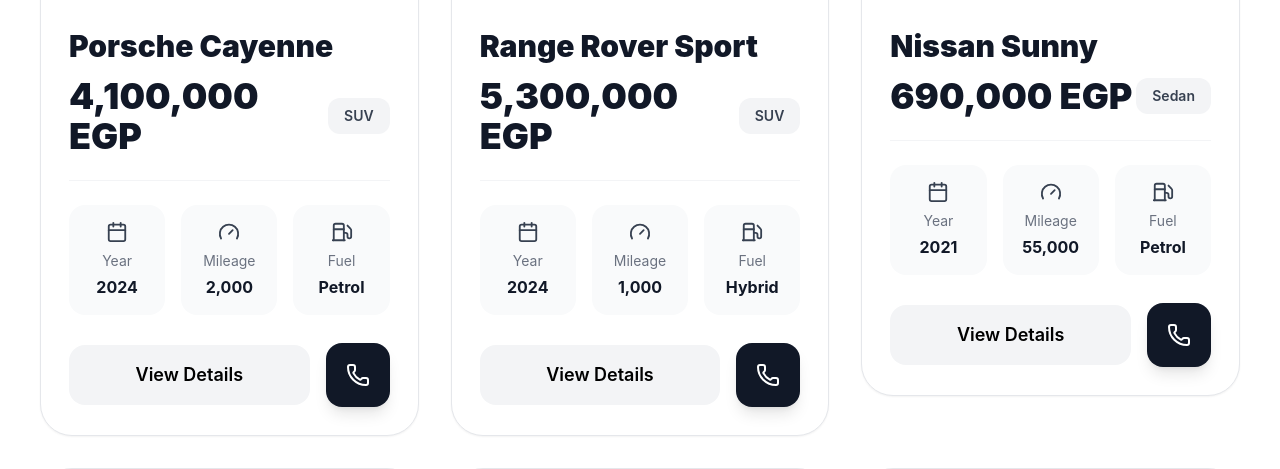
Repository: Hazem-Amr/Car-Price-Prediction
Page: / (app in frontend/)
The author's editor kept a copy of each file at every save. The page is drawn from the files as they stood at one save, then again after the next save.
The browser window is 1280 px wide. The pictures show the part of the page from y = 3376 to 3845 px (the page is 7592 px tall).
Pictures or frames that could not be fetched are drawn as grey boxes. The project was rebuilt for these pictures with package versions that can differ from the ones it lists, and the page was loaded fresh each time. Also part of the build but not shown: frontend/vite.config.js, frontend/src/components/PricePredictorSection.jsx, frontend/src/data/userListings.js, frontend/src/components/CarsFilter.jsx, frontend/src/pages/Cars.jsx, frontend/src/pages/CarDetails.jsx, frontend/src/pages/Brands.jsx, frontend/src/pages/About.jsx and 5 more.

Above is the page before, as saved 2026-05-27 23:31:38.

After the next save:
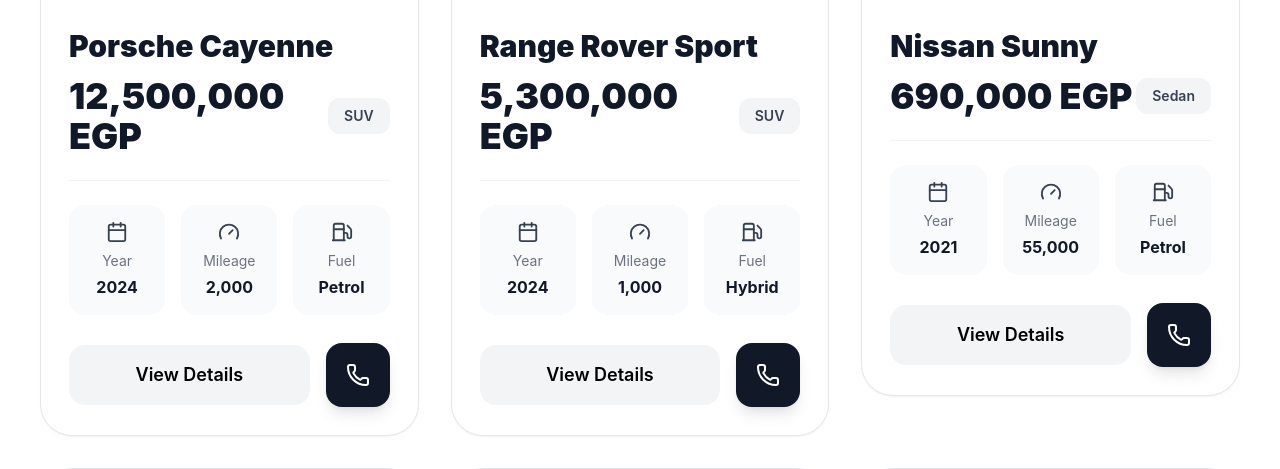
Saved 38 s later.
--- a/frontend/src/data/cars.js
+++ b/frontend/src/data/cars.js
@@ -97,7 +97,7 @@
   {
     id: 7,
     name: "Porsche Cayenne",
-    price: "4,100,000 EGP",
+    price: "12,500,000 EGP",
     image:
       "https://cdn.motor1.com/images/mgl/bgm3W6/s3/2024-porsche-cayenne-turbo-e-hybrid-front-3-4.jpg",
     year: 2024,
